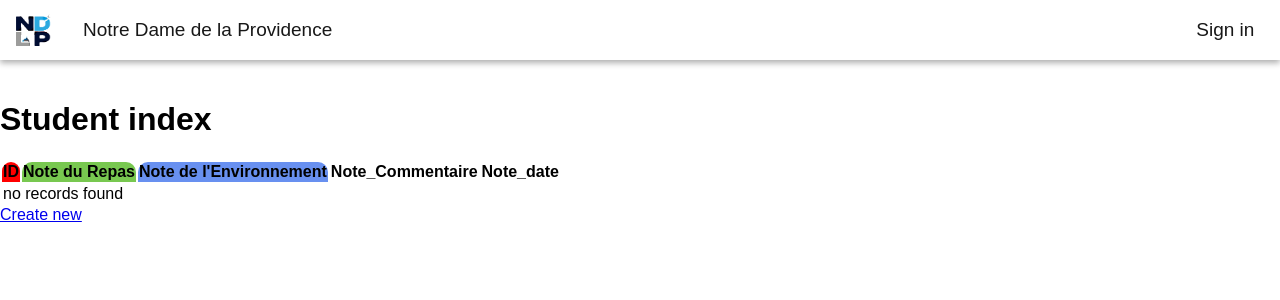
Repository: yaperson/self-feedback1
Page: templates/student/index.html.twig
The author's editor kept a copy of each file at every save. The page is drawn from the files as they stood at one save, then again after the next save.
The browser window is 1280 px wide. The pictures show the whole page.
The page is a Twig template of a Symfony application; nobody is signed in and links lead nowhere. The template is opened directly, without the code that normally fills it, so the values that code supplies are empty.

Above is the page before, as saved 2021-12-14 10:39:33.
Console error: TypeError: Cannot read properties of null (reading 'querySelectorAll')

After the next save:
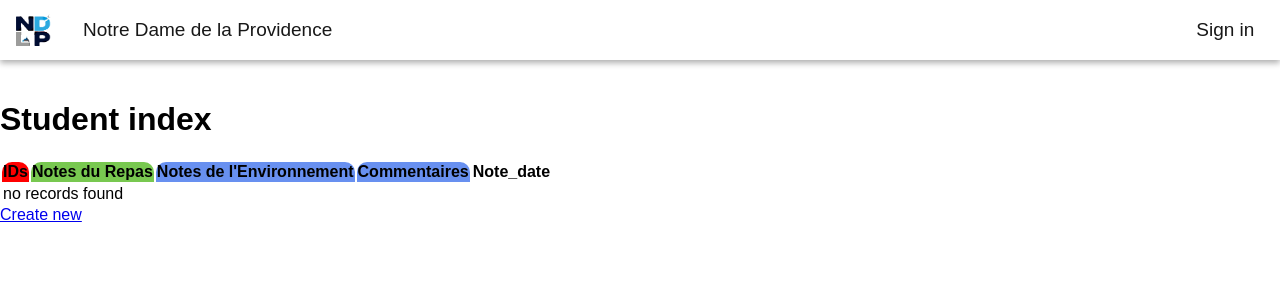
Saved 63 s later.
--- a/templates/student/index.html.twig
+++ b/templates/student/index.html.twig
@@ -55,10 +55,10 @@
     <table class="table">
         <thead>
             <tr>
-                <th style="background-color:#FF0000; border-top-left-radius: 10px; -moz-border-radius-topleft: 10px; -webkit-border-top-left-radius: 10px; -khtml-border-top-left-radius: 10px; -icab-border-top-left-radius: 10px; -o-border-top-left-radius: 10px; border-top-right-radius: 10px; -moz-border-radius-topright: 10px; -webkit-border-top-right-radius: 10px; -khtml-border-top-right-radius: 10px; -icab-border-top-right-radius: 10px; -o-border-top-right-radius: 10px;">ID</th>
-                <th style="background-color:#78C850; border-top-left-radius: 10px; -moz-border-radius-topleft: 10px; -webkit-border-top-left-radius: 10px; -khtml-border-top-left-radius: 10px; -icab-border-top-left-radius: 10px; -o-border-top-left-radius: 10px; border-top-right-radius: 10px; -moz-border-radius-topright: 10px; -webkit-border-top-right-radius: 10px; -khtml-border-top-right-radius: 10px; -icab-border-top-right-radius: 10px; -o-border-top-right-radius: 10px;">Note du Repas</th>
-                <th style="background-color:#6890F0; border-top-left-radius: 10px; -moz-border-radius-topleft: 10px; -webkit-border-top-left-radius: 10px; -khtml-border-top-left-radius: 10px; -icab-border-top-left-radius: 10px; -o-border-top-left-radius: 10px; border-top-right-radius: 10px; -moz-border-radius-topright: 10px; -webkit-border-top-right-radius: 10px; -khtml-border-top-right-radius: 10px; -icab-border-top-right-radius: 10px; -o-border-top-right-radius: 10px;">Note de l'Environnement</th>
-                <th>Note_Commentaire</th>
+                <th style="background-color:#FF0000; border-top-left-radius: 10px; -moz-border-radius-topleft: 10px; -webkit-border-top-left-radius: 10px; -khtml-border-top-left-radius: 10px; -icab-border-top-left-radius: 10px; -o-border-top-left-radius: 10px; border-top-right-radius: 10px; -moz-border-radius-topright: 10px; -webkit-border-top-right-radius: 10px; -khtml-border-top-right-radius: 10px; -icab-border-top-right-radius: 10px; -o-border-top-right-radius: 10px;">IDs</th>
+                <th style="background-color:#78C850; border-top-left-radius: 10px; -moz-border-radius-topleft: 10px; -webkit-border-top-left-radius: 10px; -khtml-border-top-left-radius: 10px; -icab-border-top-left-radius: 10px; -o-border-top-left-radius: 10px; border-top-right-radius: 10px; -moz-border-radius-topright: 10px; -webkit-border-top-right-radius: 10px; -khtml-border-top-right-radius: 10px; -icab-border-top-right-radius: 10px; -o-border-top-right-radius: 10px;">Notes du Repas</th>
+                <th style="background-color:#6890F0; border-top-left-radius: 10px; -moz-border-radius-topleft: 10px; -webkit-border-top-left-radius: 10px; -khtml-border-top-left-radius: 10px; -icab-border-top-left-radius: 10px; -o-border-top-left-radius: 10px; border-top-right-radius: 10px; -moz-border-radius-topright: 10px; -webkit-border-top-right-radius: 10px; -khtml-border-top-right-radius: 10px; -icab-border-top-right-radius: 10px; -o-border-top-right-radius: 10px;">Notes de l'Environnement</th>
+                <th style="background-color:#6890F0; border-top-left-radius: 10px; -moz-border-radius-topleft: 10px; -webkit-border-top-left-radius: 10px; -khtml-border-top-left-radius: 10px; -icab-border-top-left-radius: 10px; -o-border-top-left-radius: 10px; border-top-right-radius: 10px; -moz-border-radius-topright: 10px; -webkit-border-top-right-radius: 10px; -khtml-border-top-right-radius: 10px; -icab-border-top-right-radius: 10px; -o-border-top-right-radius: 10px;">Commentaires</th>
                 <th>Note_date</th>
             </tr>
         </thead>
